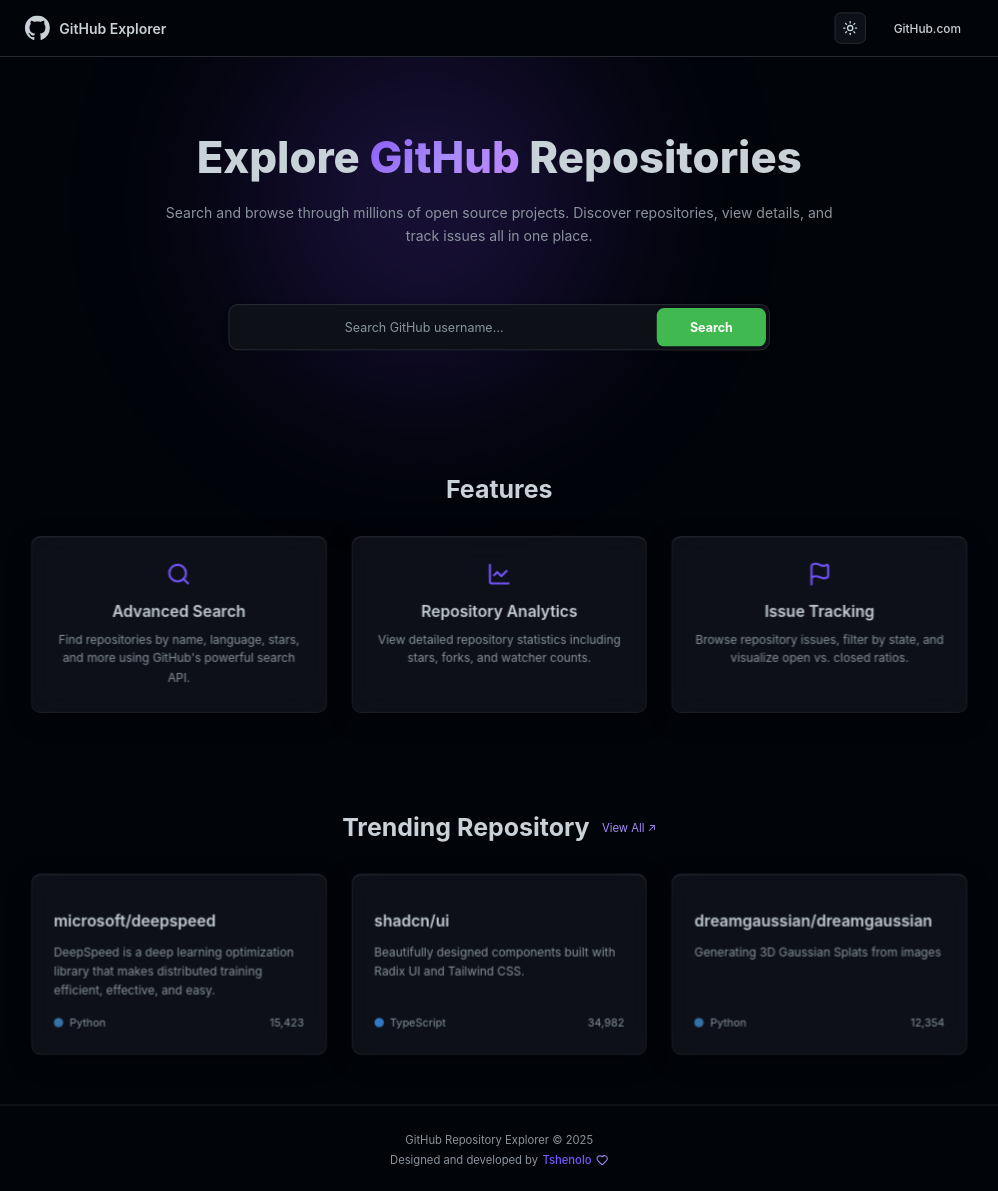
Repository: Tshenolo1994/username-repo
Page: /
These files come from the project's save history. The page is drawn as it stood at one moment and after the next save; the edit follows.
The browser window is 1280 px wide. The pictures show the whole page, at 78% of full size.
The project was rebuilt for these pictures with package versions that can differ from the ones it lists, and the page was loaded fresh each time. Also part of the build but not shown: vite.config.ts, src/views/RepoView.vue.

Above is the page before, as saved 2025-10-27 10:12:29.

After the next save:
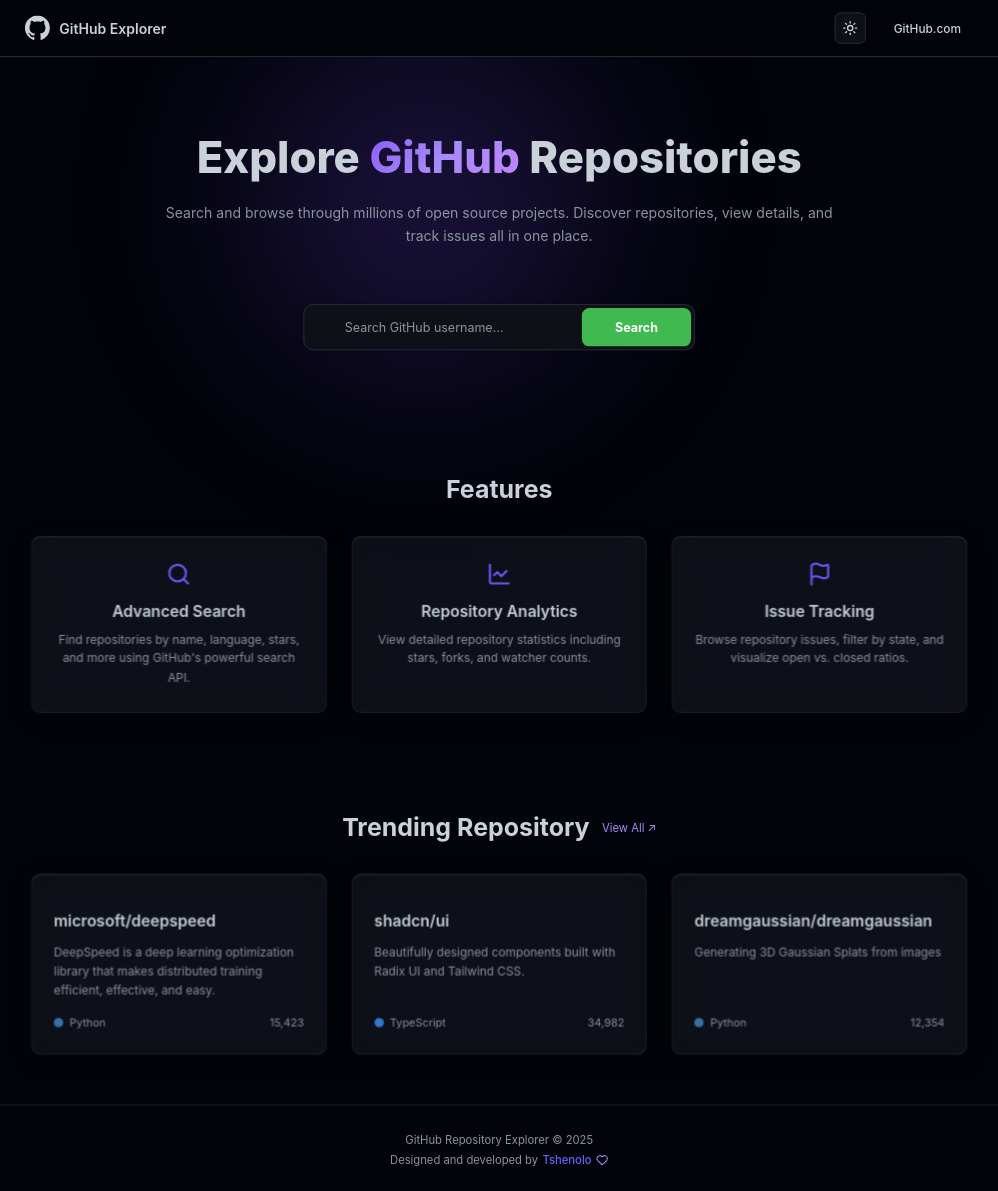
Saved 5 s later.
--- a/src/components/SearchBar.vue
+++ b/src/components/SearchBar.vue
@@ -66,7 +66,7 @@
     border: none;
     color: var(--text);
     font-size: 1rem;
-    padding: 0.9rem 9rem;
+    padding: 0.9rem 3rem;
     border-radius: 0.6rem;
     outline: none;
 }
